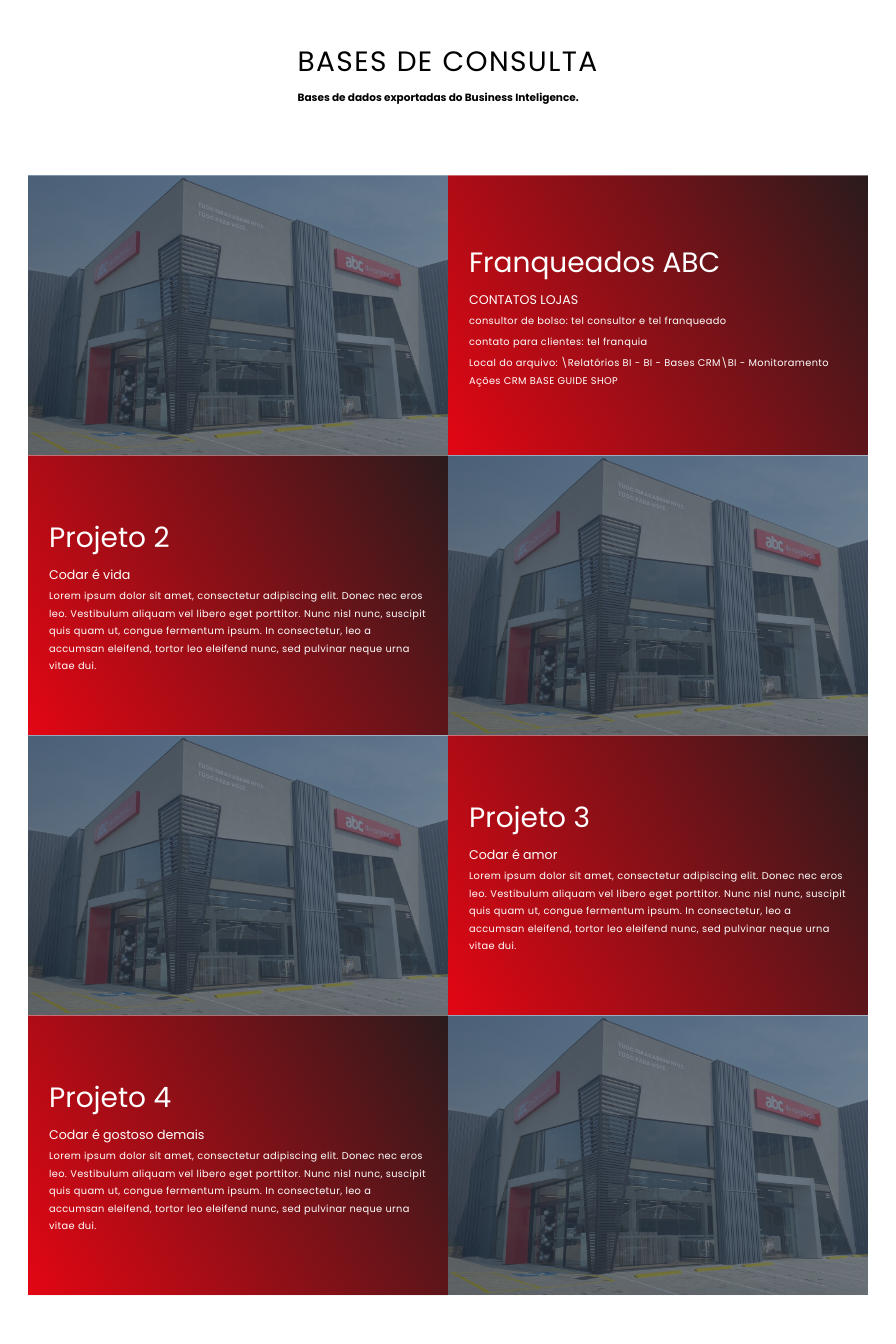
Repository: douglasabnovato/apresentacao
Page: index.html
The author's editor kept a copy of each file at every save. The page is drawn from the files as they stood at one save, then again after the next save.
The browser window is 1280 px wide. The pictures show the part of the page from y = 1966 to 3886 px (the page is 13502 px tall), at 70% of full size.

Above is the page before, as saved 2025-01-14 17:00:31.

After the next save:
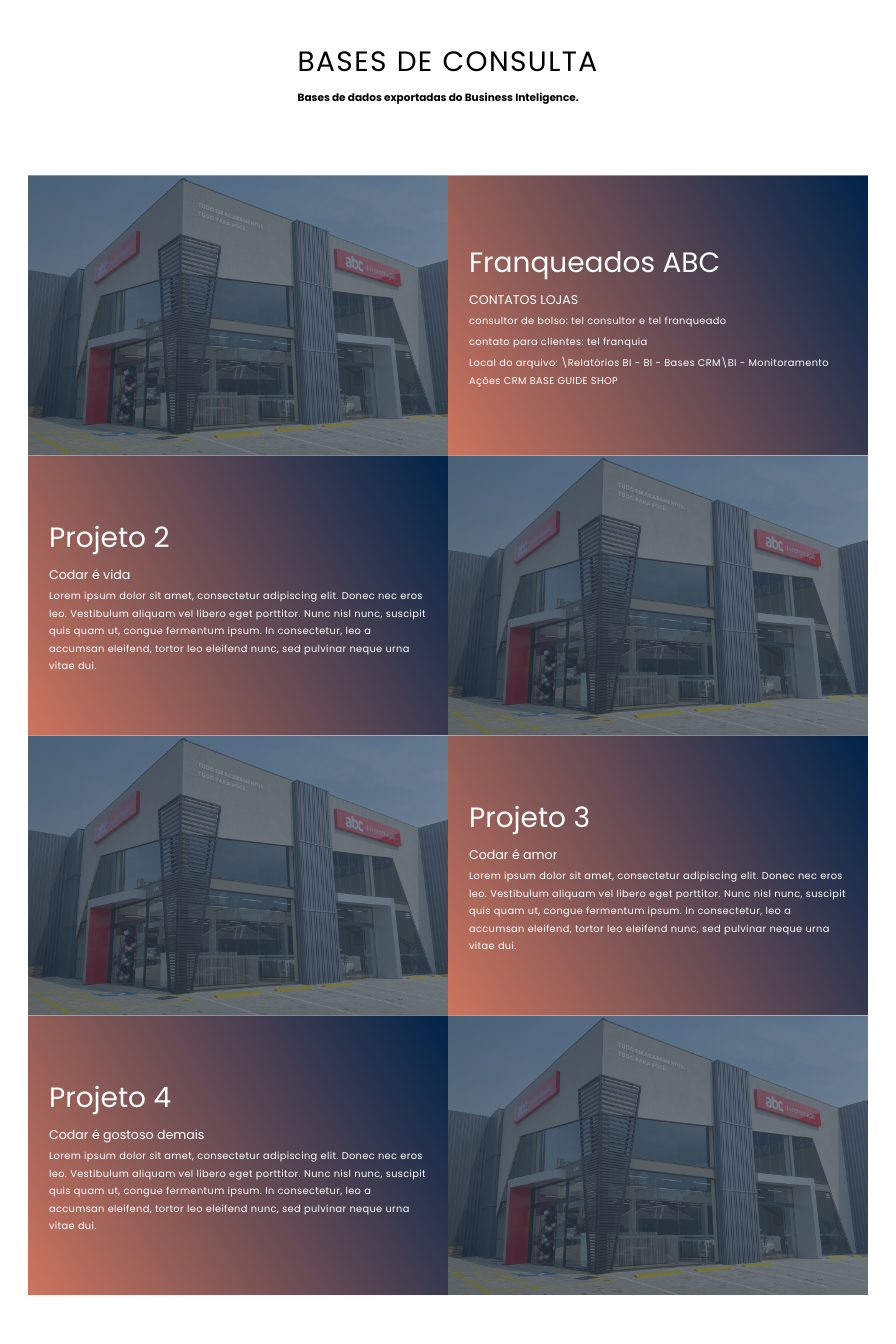
Saved 8 s later.
--- a/style.css
+++ b/style.css
@@ -278,7 +278,7 @@ p {
   align-items: flex-start;
   justify-content: center;
   flex-direction: column;
-  background-image: linear-gradient(60deg, #E30613 0%, #2a1b1c 100%);
+  background-image: linear-gradient(60deg, #b53110ac 0%, #002349 100%);
   color: white;
 }
 
